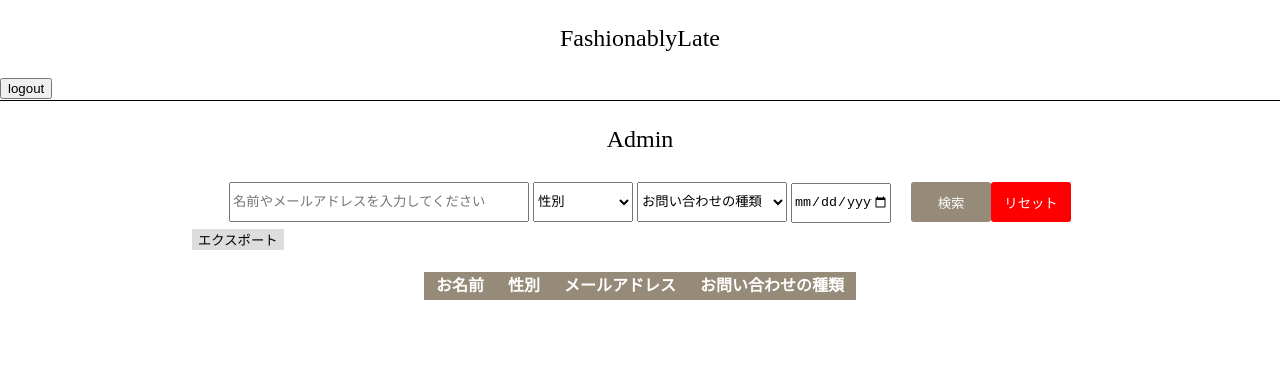
Repository: mayu-ya/test_form
Page: src/resources/views/admin.blade.php
These files come from the project's save history. The page is drawn as it stood at one moment and after the next save; the edit follows.
The browser window is 1280 px wide. The pictures show the whole page.
The page is served by the project's Laravel application, run on PHP 8.4 with Laravel 8. The template is opened directly, without the code that normally fills it, so the values that code supplies are empty.

Above is the page before, as saved 2026-01-24 15:36:06.

After the next save:
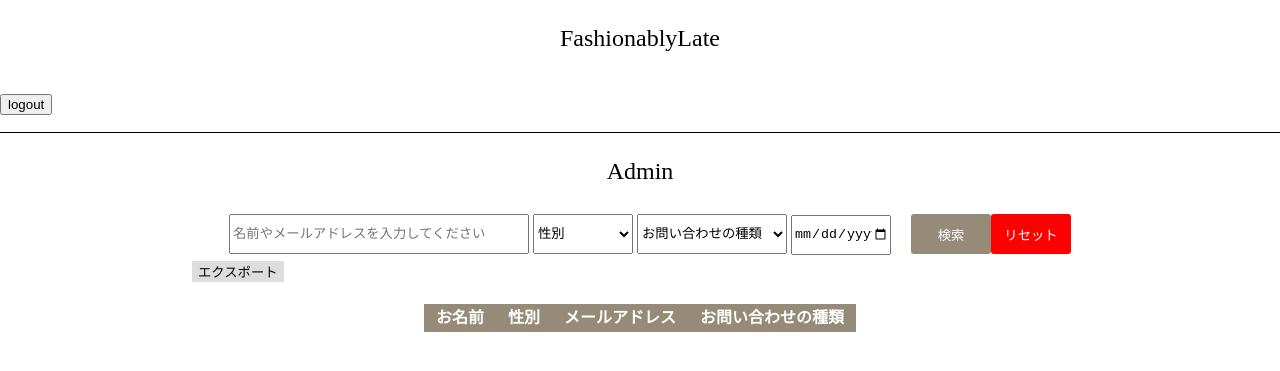
Saved 3 min 18 s later.
--- a/src/resources/views/admin.blade.php
+++ b/src/resources/views/admin.blade.php
@@ -6,10 +6,15 @@
 
 @section('header')
 <div>
-    <form action="/logout" method="post">
-        @csrf
-        <button class="header__button">logout</button>
-    </form>
+    <ul>
+        <li>
+            <form action="/logout" method="post">
+            @csrf
+                <button class="header__button">logout</button>
+            </form>
+        </li>
+    </ul>
+
 </div>
 
 @endsection
